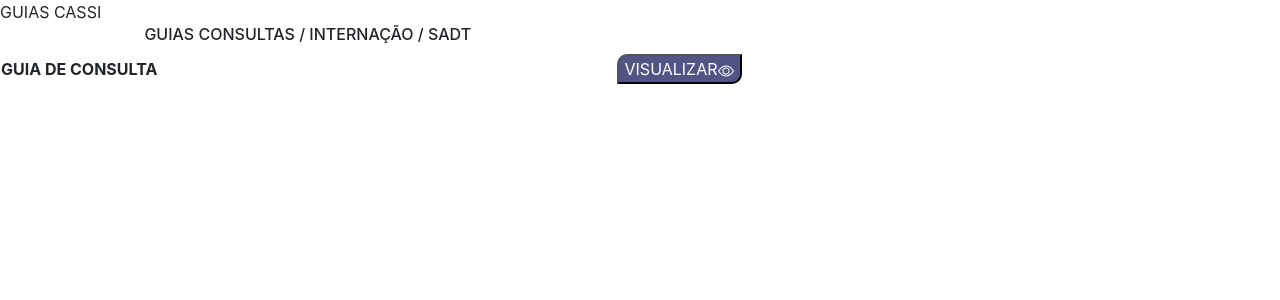
Repository: Leandromarim/INTRANET_PARTICULAR
Page: guiasCassi.html
These files come from the project's save history. The page is drawn as it stood at one moment and after the next save; the edit follows.
The browser window is 1280 px wide. The pictures show the whole page.

Above is the page before, as saved 2021-12-29 12:46:20.
Not found: ajax.js

### guiasCassi.html
<!DOCTYPE html>
<html lang="pt-br">

<head>
    <meta charset="UTF-8" />
    <meta http-equiv="X-UA-Compatible" content="IE=edge" />
    <meta name="viewport" content="width=device-width, initial-scale=1.0" />
    <link rel="stylesheet" href="./assets/css/bootstrap-grid.css" />
    <link rel="stylesheet" href="./assets/css/bootstrap-grid.min.css" />
    <link rel="stylesheet" href="./assets/css/bootstrap.css" />
    <link rel="stylesheet" href="./assets/css/bootstrap.css" />
    <link rel="stylesheet" href="./assets/css/tables.css" />
    <link rel="stylesheet" href="./assets/css/body.css" />
    <link rel="stylesheet" href="https://stackpath.bootstrapcdn.com/bootstrap/4.1.3/css/bootstrap.min.css" integrity="sha384-MCw98/SFnGE8fJT3GXwEOngsV7Zt27NXFoaoApmYm81iuXoPkFOJwJ8ERdknLPMO" crossorigin="anonymous" />
    <link rel="icon" href="./image/ico/ico_ha.ico" />
    <title>Intranet 2.0</title>
</head>

<body>
    <header id="mainheader"></header>
    <main>
        <section class="container-titulo-tabela">
            <span class="titulo-docs">GUIAS CASSI</span>
        </section>
        <div class="table-centralizado">
            <table class="col-sm-6 col-lg-8">
                <thead>
                    <th class="titulo-setor" colspan="2">
                        <h6>GUIAS CONSULTAS / INTERNAÇÃO / SADT</h6>
                    </th>
                </thead>
                <tbody class="col-sm-6 col-lg-8">
                    <tr>
                        <th class="titulo">GUIA DE CONSULTA</th>
                        <td><a href="doc/guias/cassi_consulta.pdf"><button type="button" class="btn-visualizar">VISUALIZAR<svg xmlns="http://www.w3.org/2000/svg" width="16" height="16" fill="currentColor" class="bi bi-eye" viewBox="0 0 16 16">
                    <path d="M16 8s-3-5.5-8-5.5S0 8 0 8s3 5.5 8 5.5S16 8 16 8zM1.173 8a13.133 13.133 0 0 1 1.66-2.043C4.12 4.668 5.88 3.5 8 3.5c2.12 0 3.879 1.168 5.168 2.457A13.133 13.133 0 0 1 14.828 8c-.058.087-.122.183-.195.288-.335.48-.83 1.12-1.465 1.755C11.879 11.332 10.119 12.5 8 12.5c-2.12 0-3.879-1.168-5.168-2.457A13.134 13.134 0 0 1 1.172 8z"/>
                    <path d="M8 5.5a2.5 2.5 0 1 0 0 5 2.5 2.5 0 0 0 0-5zM4.5 8a3.5 3.5 0 1 1 7 0 3.5 3.5 0 0 1-7 0z"/>
                  </svg></button></a></td>
                    </tr>
                </tbody>
            </table>
        </div>
        <br><br><br><br><br><br><br><br><br><br><br><br>
    </main>
    <footer id="mainfooter"></footer>
</body>
<script src="assets/js/bootstrap.js"></script>
<script src="ajax.js"></script>

</html>

### assets/css/tables.css
section.table-centralizado, thead{
    position: relative;
    display: flex;
    align-items: center;
    align-content: center;
    justify-content: center;
    justify-items: center;
}

.tabela {
    position: relative;
    display: flex;
    align-items: center;
    align-content: center;
    justify-items: center;
    justify-content: center;
}

thead h2.titulo-tabela {
    position: relative;
    display: flex;
    justify-content: center;
    justify-items: center;
    align-items: center;
    align-content: center;
}


main table.table {
    background-color: #fff;
}

th.celula,
td.coluna {
    color: #525486;
    text-transform: uppercase;
}

th {
    border-radius: 20px;
}

td .btn-visualizar {
    background-color: #525486;
    color: #fff;
    border-radius: 10px 0 10px 0;
}

td .btn-visualizar:hover {
    background-color: #fff;
    color: #525486;
}

### assets/css/body.css
.container-card {
    display: flex;
    position: relative;
    align-items: center;
    align-content: center;
    justify-content: center;
    justify-items: center;
}

.container-card img {
    border-radius: 20px 0 20px 0;
}

div.card {
    position: relative;
    display: flex;
    width: 20rem;
    margin: 5px;
    padding: 1px;
    background-color: #525486;
    border-radius: 20px 0 20px 0;
    top: 10px;
}

#card-text {
    display: flex;
    position: relative;
    color: white;
    align-content: center;
    align-items: center;
    justify-content: center;
    justify-items: center;
}

.titulo-docs h2 {
    position: relative;
    display: flex;
    justify-content: center;
    color: #525486;
}

Loaded but not shown: assets/css/bootstrap-grid.css (library); assets/css/bootstrap-grid.min.css (library); assets/css/bootstrap.css (library); assets/js/bootstrap.js (library)

After the next save:
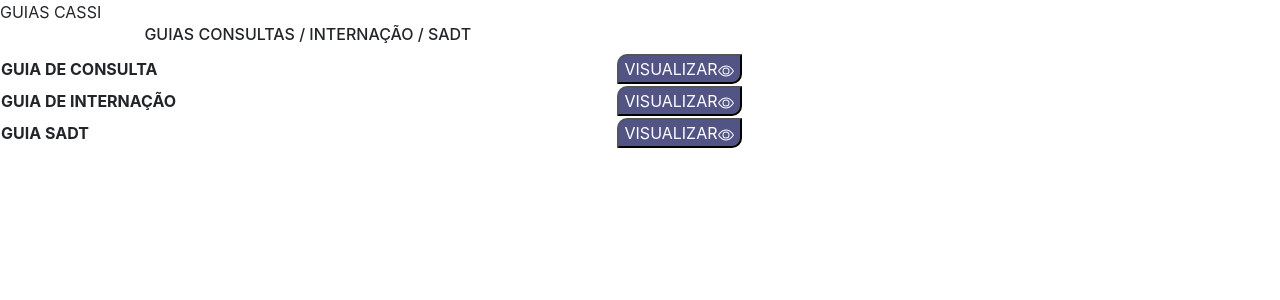
Saved 31 s later.
--- a/guiasCassi.html
+++ b/guiasCassi.html
@@ -37,6 +37,20 @@
                     <path d="M8 5.5a2.5 2.5 0 1 0 0 5 2.5 2.5 0 0 0 0-5zM4.5 8a3.5 3.5 0 1 1 7 0 3.5 3.5 0 0 1-7 0z"/>
                   </svg></button></a></td>
                     </tr>
+                    <tr>
+                        <th class="titulo">GUIA DE INTERNAÇÃO</th>
+                        <td><a href="doc/guias/cassi_consulta.pdf"><button type="button" class="btn-visualizar">VISUALIZAR<svg xmlns="http://www.w3.org/2000/svg" width="16" height="16" fill="currentColor" class="bi bi-eye" viewBox="0 0 16 16">
+                    <path d="M16 8s-3-5.5-8-5.5S0 8 0 8s3 5.5 8 5.5S16 8 16 8zM1.173 8a13.133 13.133 0 0 1 1.66-2.043C4.12 4.668 5.88 3.5 8 3.5c2.12 0 3.879 1.168 5.168 2.457A13.133 13.133 0 0 1 14.828 8c-.058.087-.122.183-.195.288-.335.48-.83 1.12-1.465 1.755C11.879 11.332 10.119 12.5 8 12.5c-2.12 0-3.879-1.168-5.168-2.457A13.134 13.134 0 0 1 1.172 8z"/>
+                    <path d="M8 5.5a2.5 2.5 0 1 0 0 5 2.5 2.5 0 0 0 0-5zM4.5 8a3.5 3.5 0 1 1 7 0 3.5 3.5 0 0 1-7 0z"/>
+                  </svg></button></a></td>
+                    </tr>
+                    <tr>
+                        <th class="titulo">GUIA SADT</th>
+                        <td><a href="doc/guias/cassi_consulta.pdf"><button type="button" class="btn-visualizar">VISUALIZAR<svg xmlns="http://www.w3.org/2000/svg" width="16" height="16" fill="currentColor" class="bi bi-eye" viewBox="0 0 16 16">
+                    <path d="M16 8s-3-5.5-8-5.5S0 8 0 8s3 5.5 8 5.5S16 8 16 8zM1.173 8a13.133 13.133 0 0 1 1.66-2.043C4.12 4.668 5.88 3.5 8 3.5c2.12 0 3.879 1.168 5.168 2.457A13.133 13.133 0 0 1 14.828 8c-.058.087-.122.183-.195.288-.335.48-.83 1.12-1.465 1.755C11.879 11.332 10.119 12.5 8 12.5c-2.12 0-3.879-1.168-5.168-2.457A13.134 13.134 0 0 1 1.172 8z"/>
+                    <path d="M8 5.5a2.5 2.5 0 1 0 0 5 2.5 2.5 0 0 0 0-5zM4.5 8a3.5 3.5 0 1 1 7 0 3.5 3.5 0 0 1-7 0z"/>
+                  </svg></button></a></td>
+                    </tr>
                 </tbody>
             </table>
         </div>
